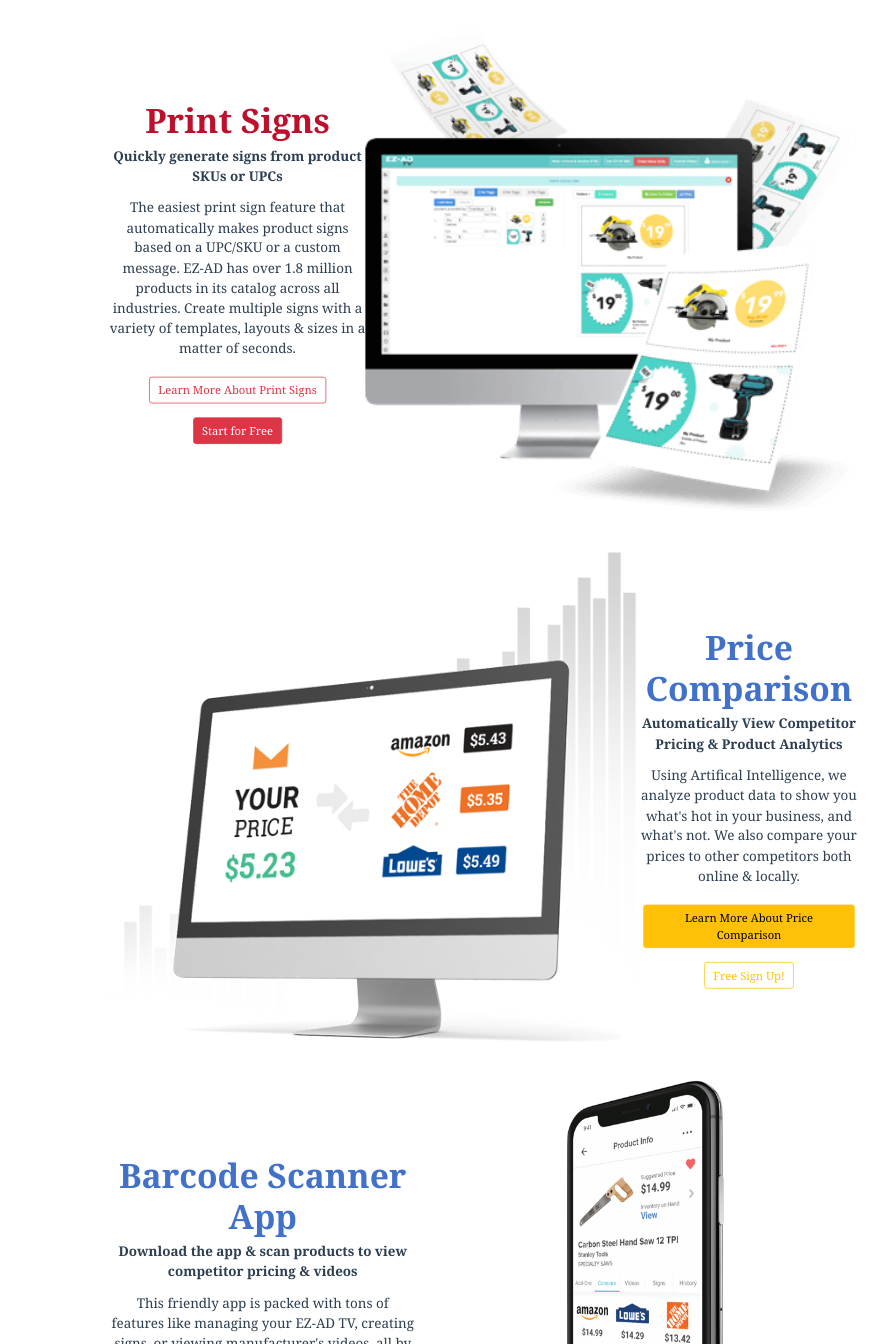
Repository: Herinyhert/EZ-AD
Page: /
An editor plug-in stored every save of this project. The page is shown before and after the next save, followed by the edit.
The browser window is 1280 px wide. The pictures show the part of the page from y = 3905 to 5825 px (the page is 6251 px tall), at 70% of full size.
The project was rebuilt for these pictures with package versions that can differ from the ones it lists, and the page was loaded fresh each time. Also part of the build but not shown: vue.config.js.

Above is the page before, as saved 2023-04-27 16:40:58.

### public/index.html
<!DOCTYPE html>
<html lang="">
  <head>
    <meta charset="utf-8">
    <meta http-equiv="X-UA-Compatible" content="IE=edge">
    <meta name="viewport" content="width=device-width,initial-scale=1.0">
    <link rel="icon" href="<%= BASE_URL %>favicon.ico">
    <title><%= htmlWebpackPlugin.options.title %></title>
    <link href="https://cdn.jsdelivr.net/npm/bootstrap@5.1.3/dist/css/bootstrap.min.css" rel="stylesheet" integrity="sha384-1BmE4kWBq78iYhFldvKuhfTAU6auU8tT94WrHftjDbrCEXSU1oBoqyl2QvZ6jIW3" crossorigin="anonymous">
  </head>
  <body>
    <noscript>
      <strong>We're sorry but <%= htmlWebpackPlugin.options.title %> doesn't work properly without JavaScript enabled. Please enable it to continue.</strong>
    </noscript>
    <div id="app"></div>
    <!-- built files will be auto injected -->
    <script src="https://cdn.jsdelivr.net/npm/bootstrap@5.1.3/dist/js/bootstrap.bundle.min.js" integrity="sha384-ka7Sk0Gln4gmtz2MlQnikT1wXgYsOg+OMhuP+IlRH9sENBO0LRn5q+8nbTov4+1p" crossorigin="anonymous"></script>
  </body>
</html>

### src/App.vue
<template>
  <div id="app">
    <nav class="contend">
      <div class="contend1">
        <router-link to="/">EZ-AD</router-link>
      </div>
      <div class="contend2">
        <router-link to="/digital-signage">Digital Signage</router-link> |
        <router-link to="/ez-commerce">EZ-Commerce</router-link> |
        <router-link to="/about">Contact Us</router-link>
      </div>
      <div class="contend3">
        <router-link to="/about">
          <button type="button" class="btn btn-warning">Warning</button>
        </router-link>
        <router-link to="/about">
          <button type="button" class="btn btn-info">Tutorial Videos</button>
        </router-link>
        <router-link to="/about">
          <button type="button" class="btn btn-info">Login</button>
        </router-link>
      </div>
    </nav>
    <router-view />
  </div>
</template>

<style>
#app {
  font-family: Avenir, Helvetica, Arial, sans-serif;
  -webkit-font-smoothing: antialiased;
  -moz-osx-font-smoothing: grayscale;
  text-align: center;
  color: #2c3e50;
}

.contend {
  padding: 30px;
  position: relative;
}

.contend button {
  margin: 10px;
}

.contend a {
  font-weight: bold;
  text-decoration: none;
  color: #2c3e50;
}

.contend a.router-link-exact-active {
  color: #42b983;
}
.contend1{
  margin: 50px;
  position: absolute;
  left: 0px;
  font-size: 3rem;
}
.contend2{
justify-content: center;
}
.contend3{
  position: absolute;
  right: 50px;
}
</style>

### src/router/index.js
import Vue from 'vue'
import VueRouter from 'vue-router'
import HomeView from '../views/HomeView.vue'

Vue.use(VueRouter)

const routes = [
  {
    path: '/',
    name: 'home',
    component: HomeView
  },
  {
    path: '/about',
    name: 'about',
    component: () => import('../views/AboutView.vue')
  },
  {
    path: '*',
    name: 'NotFound',
    component: () => import('../views/NotFound.vue')
  },
  {
    path: '/ez-commerce',
    name: 'ez-commerce',
    component: () => import('../views/EZ-Commerce.vue')
  },
  {
    path: '/digital-signage',
    name: 'digital-signage',
    component: () => import('../views/DigitalSignage.vue')
  }
]

const router = new VueRouter({
  mode: 'history',
  base: process.env.BASE_URL,
  routes
})

export default router

### src/views/HomeView.vue
<template>
  <div>
    <EZADHome/>
  </div>
</template>

<script>
// @ is an alias to /src
import EZADHome from '@/components/EZADHome.vue';

export default {
  name: 'HomeView',
  components: {
    EZADHome
}
}
</script>

### src/components/EZADHome.vue
<template>
  <div class="contend">
    <div
      id="carouselExampleInterval"
      class="carousel slide"
      data-bs-ride="carousel"
    >
      <div class="carousel-inner">
        <div class="carousel-item active" data-bs-interval="2000">
          <router-link to="/ez-commerce">
            <h1 class="ez">EZ-Comerce</h1>
            <h3 class="ez">Simple & Automated E-Commerce Site</h3>
            <img
              src="../components/image/ez_commerce.png"
              class="d-block w-50"
              alt="EZ-Commerce"
            />
          </router-link>
        </div>
        <div class="carousel-item" data-bs-interval="2000">
          <router-link to="/about">
            <h1 class="tv">Digital Signage</h1>
            <h3 class="tv">In-Store Digital Signage Systen</h3>
            <img
              src="../components/image/header-img-two.png"
              class="d-block w-50"
              alt="EZ-AD TV"
            />
          </router-link>
        </div>
      </div>
      <button
        class="carousel-control-prev"
        type="button"
        data-bs-target="#carouselExampleInterval"
        data-bs-slide="prev"
      >
        <span class="carousel-control-prev-icon" aria-hidden="true"></span>
        <span class="visually-hidden">Anterior</span>
      </button>
      <button
        class="carousel-control-next"
        type="button"
        data-bs-target="#carouselExampleInterval"
        data-bs-slide="next"
      >
        <span class="carousel-control-next-icon" aria-hidden="true"></span>
        <span class="visually-hidden">Siguiente</span>
      </button>
    </div>
    <div class="cont">
      <h2>
        Over <strong style="color: rgb(75, 194, 36);">30,000 Sold</strong> in 7 Countries, Some to Notable
        Customers Like
      </h2>
      <div class="cont-custf">
        <img
          src="./image/customers/60be6a67205b7_Spectrum-Logo.png"
          alt="Spectrum"
        />
        <img src="./image/customers/ace.png" alt="Ace" />
        <img src="./image/customers/applied.png" alt="Applied" />
        <img src="./image/customers/ava.png" alt="Ava" />
        <img src="./image/customers/best-buy.png" alt="Best-Buy" />
        <img src="./image/customers/best.png" alt="Best" />
        <img src="./image/customers/costco.png" alt="Costco" />
        <img src="./image/customers/disney.png" alt="Disney" />
        <img src="./image/customers/emery.png" alt="Emery" />
        <img src="./image/customers/napa.png" alt="Napa" />
        <img src="./image/customers/orgill.png" alt="Orgill" />
        <img src="./image/customers/american_home.png" alt="American_home" />
        <img src="./image/customers/true_value.png" alt="True_Value" />
        <img src="./image/customers/ross.png" alt="Ross" />
        <img src="./image/customers/verizon.png" alt="Verizon" />
        <img src="./image/customers/walmart.png" alt="Walmart" />
        <img src="./image/customers/lmc.png" alt="Lmc" />
      </div>
    </div>
    <div class="cont">
      <h1 style="color:#3f566d">A Suite of Marketing Technologies That Is Easy to Use</h1>
      <h3>
        All of our products are fully integrated with one another, meaning you
        can <strong style="color:#3f566d; ;">easily create content to push to multiple outlets.</strong>
      </h3>
      <div class="cont-text">
        <img src="./image/ezcommerce_2.png" alt="EZ-Commerce" />
        <div class="cont-text-text">
          <h2 style="color:#49e158; font-size: 3rem;"><strong>EZ-Commerce</strong></h2>
          <p>
            <strong>
              Display ALL of your POS Products on a simple & automated E-Commerce Site.
            </strong>
          </p>
          <p>
            Sync Your POS Data System to have your products immediately
            available on your Ecommerce website. Product images and descriptions
            are ready for your customers without even typing a word. We
            automatically match your POS products to our database of over 8
            million products!
          </p>
          <button type="button" class="btn btn-outline-success">Learn More About EZ-Commerce</button>
        </div>
      </div>
      <div class="cont-text">
        <div class="cont-text-text">
          <h2 style="color:#4171c9; font-size: 3rem;"><strong>Digital Signage System</strong></h2>
          <p><strong>Simple, Inexpensive In-Store Advertising TV System</strong></p>
          <p>
            Plug our EZ-AD media player into any flat-screen TV and
            automatically turn it into an in-store TV advertising board. Then
            log into ezadtv.com and create your content. We have thousands of
            videos & templates to choose from, so you can quickly create digital
            advertising monitors in your store. Creating digital ads has never
            been so easy with EZ-AD's in-store TV advertising software.
          </p>
          <button type="button" class="btn btn-info">Learn More About EZ-AD TV</button>
          <button type="button" class="btn btn-outline-info">View Pricing</button>
        </div>
        <img src="./image/digital_sinage.png" alt="Digital Sinage" />
      </div>
      <div class="cont-text">
        <img src="./image/cards.png" alt="Social Media Manager" />
        <div class="cont-text-text">
          <h2 style="color:#4171c9; font-size: 3rem;"><strong>Social Media Manager</strong></h2>
          <p><strong>Auto Post your content on Facebook® & Twitter®</strong></p>
          <p>
            Managing social media accounts can be a headache. With the Social
            Media Manager, you'll get tons of content and features that will help
            automate that process for you. Simply add content from our EZ-AD
            Library, or build it using our easy to use template builder and have
            EZ-AD post content on a schedule.
          </p>
          <button type="button" class="btn btn-info">Learn More About Social Manager</button>
          <button type="button" class="btn btn-outline-info">Free Sign Up!</button>
        </div>
      </div>
      <div class="cont-text">
        <div class="cont-text-text">
          <h2 style="color:hsl(350, 84%, 40%); font-size: 3rem;"><strong>Print Signs</strong></h2>
          <p><strong>Quickly generate signs from product SKUs or UPCs</strong></p>
          <p>
            The easiest print sign feature that automatically makes product
            signs based on a UPC/SKU or a custom message. EZ-AD has over 1.8
            million products in its catalog across all industries. Create
            multiple signs with a variety of templates, layouts & sizes in a
            matter of seconds.
          </p>
          <button type="button" class="btn btn-outline-danger">Learn More About Print Signs</button>
          <button type="button" class="btn btn-danger">Start for Free</button>
        </div>
        <img src="./image/print_signs.png" alt="Print Signs"/>
      </div>
      <div class="cont-text">
        <img src="./image/price-comparison.png" alt="Price Comparison" />
        <div class="cont-text-text">
          <h2 style="color:#4171c9; font-size: 3rem;"><strong>Price Comparison</strong></h2>
          <p><strong>Automatically View Competitor Pricing & Product Analytics</strong></p>
          <p>
            Using Artifical Intelligence, we analyze product data to show you
            what's hot in your business, and what's not. We also compare your
            prices to other competitors both online & locally.
          </p>
          <button type="button" class="btn btn-warning">Learn More About Price Comparison</button>
          <button type="button" class="btn btn-outline-warning">Free Sign Up!</button>
        </div>
      </div>
      <div class="cont-text">
        <div class="cont-text-text">
          <h2 style="color:#4171c9; font-size: 3rem;"><strong>Barcode Scanner App</strong></h2>
          <p>
            <strong>Download the app & scan products to view competitor pricing & videos</strong>
          </p>
          <p>
            This friendly app is packed with tons of features like managing your
            EZ-AD TV, creating signs, or viewing manufacturer's videos, all by
            simply scanning a product barcode.
          </p>
          <button type="button" class="btn btn-primary">Learn More</button>
          <button type="button" class="btn btn-danger">Download for Free!</button>
        </div>
        <img src="./image/scanner-app.png" alt="Barcode Scanner App" />
      </div>
    </div>
  </div>
</template>

  <script>
export default {
  name: "EZADHome",
};
</script>

  <style scoped>
.contend {
  margin: 1%;
  font-family:Georgia, 'Times New Roman', Times, serif;
}
.carousel-item img {
  margin-left: 20%;
}
.carousel-item .ez {
  width: 70%;
  position: relative;
  left: 20%;
  text-shadow: 0 0 10px #fff, 0 0 10px #fff, 0 0 5px #49e158, 0 0 5px #49e158,
    0 0 5px #49e158, 0 0 5px #49e158, 0 0 30px #133900;
  color: #fff;
}
.carousel-item .tv {
  width: 70%;
  position: relative;
  left: 20%;
  text-shadow: 0 0 10px #fff, 0 0 10px #fff, 0 0 5px #4171c9, 0 0 5px #4171c9,
    0 0 5px #4171c9, 0 0 5px #4171c9, 0 0 30px #060253;
  color: #fff;
}
.cont {
  margin: 5%;
  font-size: 1.5rem;
  color: #3f566d;
}
.cont-custf {
  display: grid;
  grid-template-columns: repeat(auto-fill, 250px);
  gap: 40px;
  padding: 40px;
  justify-content: center;
}
.cont-custf img {
  height: 60px;
}
.cont-text {
  margin: 5%;
  width: 100%;
  height: 700px;
  display: flex;
  color: #2c3e50;
}
.cont-text img {
  width: 70%;
  color: hsl(45, 92%, 54%);
}
.cont-text-text {
  margin-top: 10%;
  font-size: 1.2rem;
  justify-content: center;
  color: #2c3e50;
}
</style>

Loaded but not shown: src/main.js (common file); src/store/index.js (common file)

After the next save:
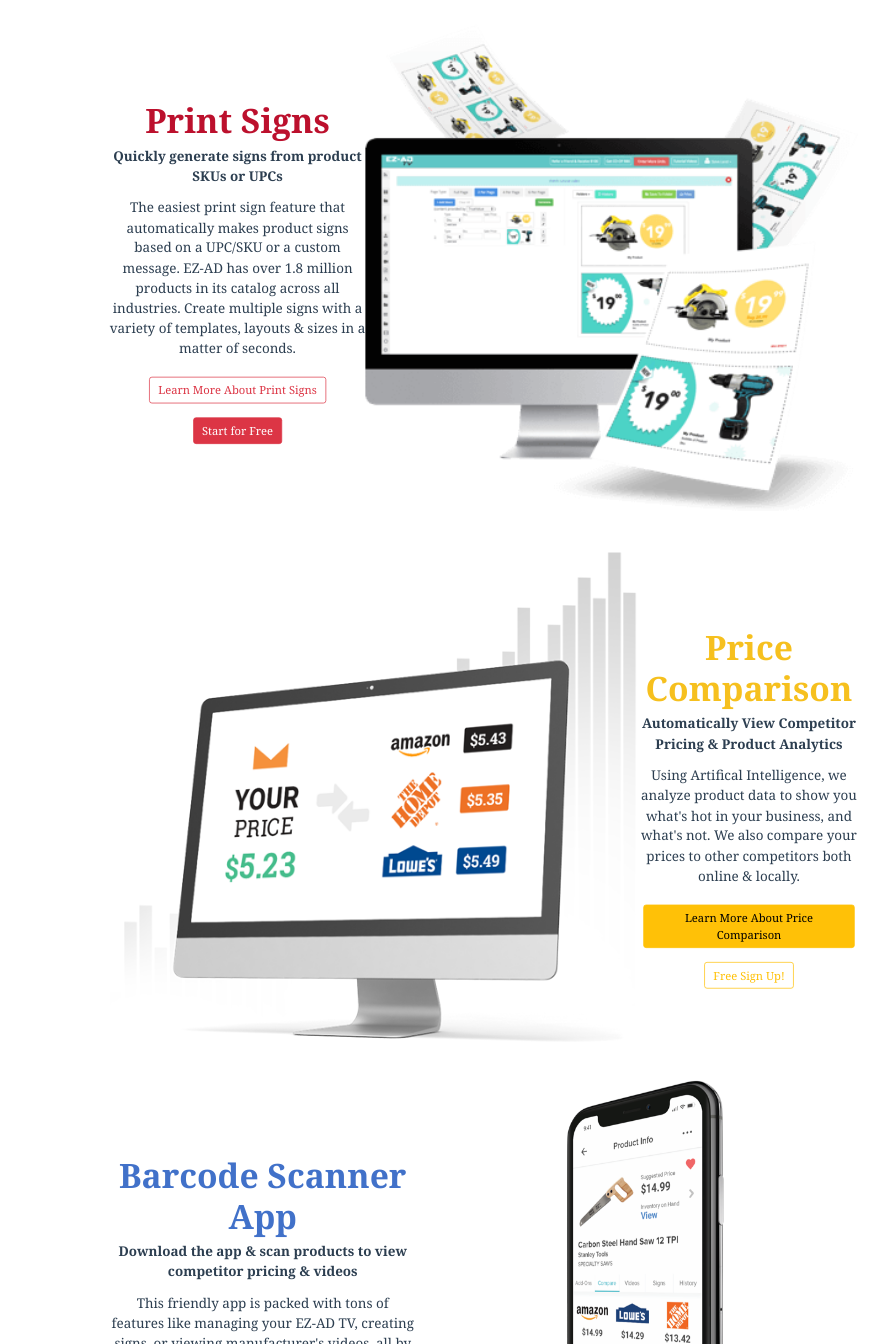
Saved 21 s later.
--- a/src/components/EZADHome.vue
+++ b/src/components/EZADHome.vue
@@ -153,7 +153,7 @@
       <div class="cont-text">
         <img src="./image/price-comparison.png" alt="Price Comparison" />
         <div class="cont-text-text">
-          <h2 style="color:#4171c9; font-size: 3rem;"><strong>Price Comparison</strong></h2>
+          <h2 style="color: hsl(45, 92%, 54%); font-size: 3rem;"><strong>Price Comparison</strong></h2>
           <p><strong>Automatically View Competitor Pricing & Product Analytics</strong></p>
           <p>
             Using Artifical Intelligence, we analyze product data to show you
